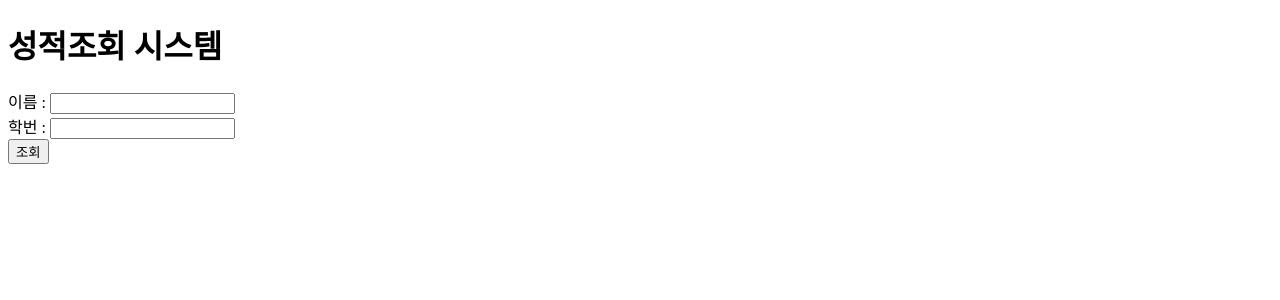
Repository: GitOnibi/jsp
Page: http://localhost/JSPprojec/school/index.jsp
The author's editor kept a copy of each file at every save. The page is drawn from the files as they stood at one save, then again after the next save.
The browser window is 1280 px wide. The pictures show the whole page.
The page is served by Tomcat 9. Other server files are loaded and not shown.

Above is the page before, as saved 2019-01-07 12:07:47.

### JSPprojec/WebContent/school/index.jsp
<%@ page language="java" contentType="text/html; charset=UTF-8" pageEncoding="UTF-8"%>
<%@ taglib prefix="c" uri="http://java.sun.com/jsp/jstl/core" %>
<%@ taglib prefix="sql" uri="http://java.sun.com/jsp/jstl/sql" %>
<!DOCTYPE html>
<html>
<head>
<meta charset="UTF-8">
<title>Insert title here</title>
</head>
<body>
	<h1>성적조회 시스템</h1>
	<form action="score_search.jsp">
		이름 : <input type="text" name="stu_name" id="stu_name"/><br />
		학번 : <input type="text" name="stu_num" id="stu_num"/><br />
		<input type="submit" value="조회"/>
	</form>
	<div>
		<a href=""></a>
		<a href=""></a>
	</div>
</body>
</html>

After the next save:
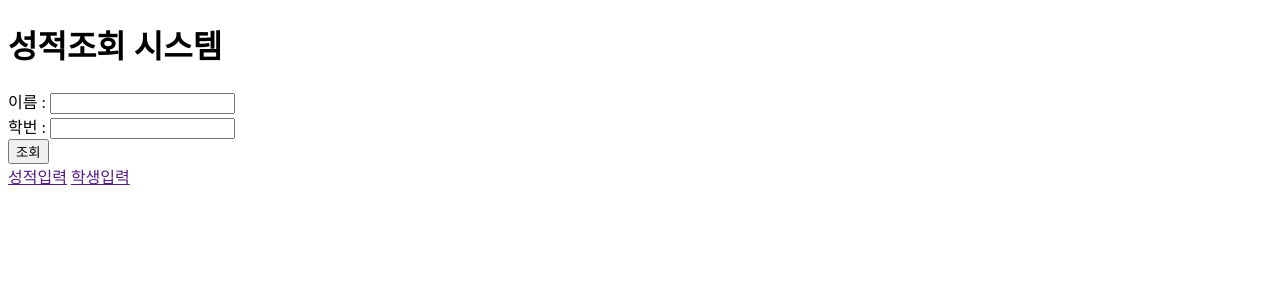
Saved 13 s later.
--- a/JSPprojec/WebContent/school/index.jsp
+++ b/JSPprojec/WebContent/school/index.jsp
@@ -15,8 +15,8 @@
 		<input type="submit" value="조회"/>
 	</form>
 	<div>
-		<a href=""></a>
-		<a href=""></a>
+		<a href="">성적입력</a>
+		<a href="">학생입력</a>
 	</div>
 </body>
 </html>
